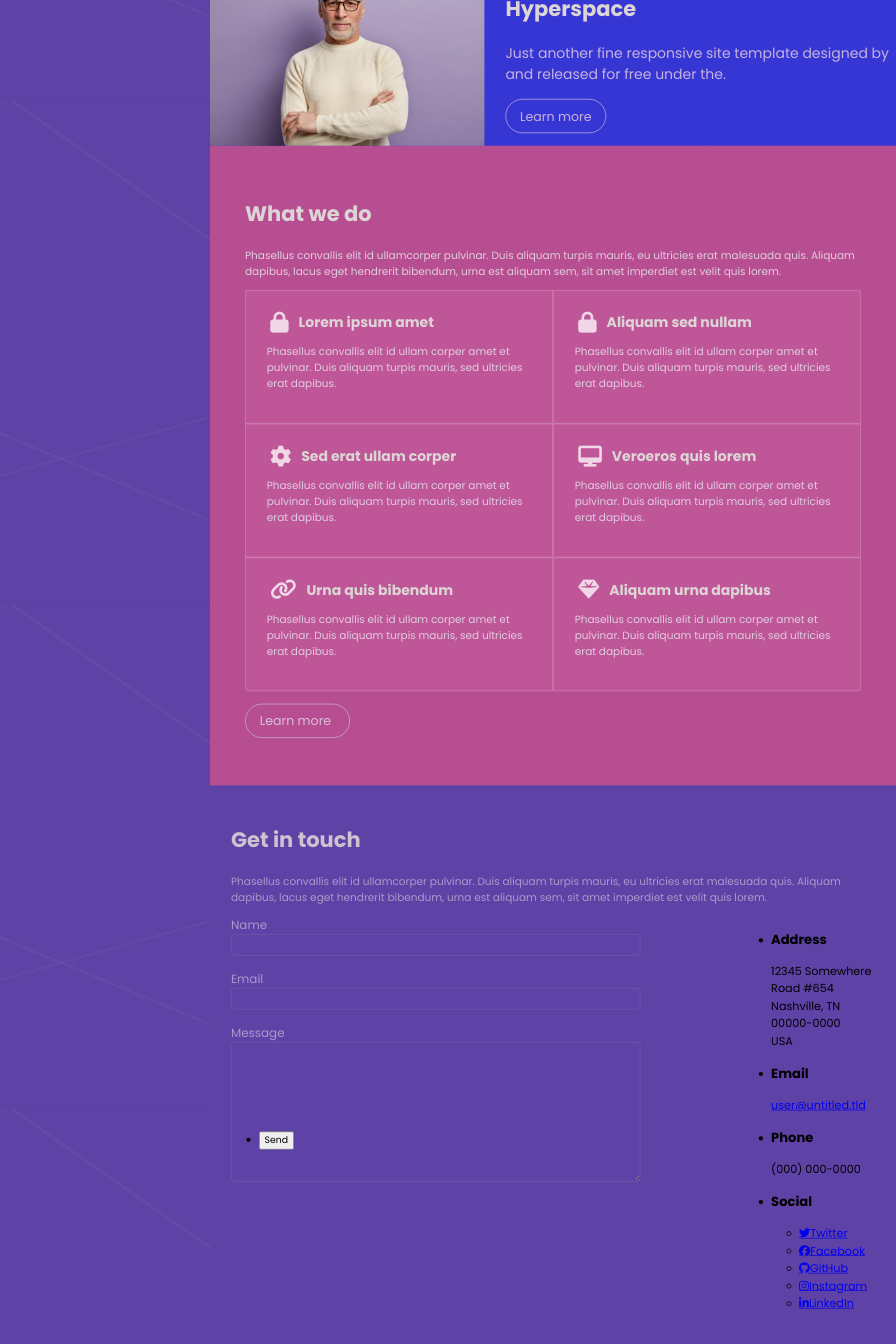
Repository: zai31/KIMIT_Tasks
Page: JsSession8/index.html
These files come from the project's save history. The page is drawn as it stood at one moment and after the next save; the edit follows.
The browser window is 1280 px wide. The pictures show the part of the page from y = 1296 to 3216 px (the page is 3216 px tall before and 3156 px after), at 70% of full size.
Backgrounds fixed to the window are drawn as part of the page.

Above is the page before, as saved 2025-09-15 22:52:34.

### JsSession8/index.html
<!DOCTYPE html>
<html lang="en">
<head>
    <meta charset="UTF-8">
    <meta name="viewport" content="width=device-width, initial-scale=1.0">
    <link rel="stylesheet" href="./css/style.css">
	<link href="https://cdnjs.cloudflare.com/ajax/libs/font-awesome/6.5.2/css/all.min.css" rel="stylesheet">

    <title>Responsive</title>
</head>

<body>
    <section  class="flex-section">
        <div class="menu">
        <ul>
            <li><a href="#">welcome</a></li>
            <li><a href="#">who are we</a></li>
            <li><a href="#">what we do</a></li>
            <li><a href="#">get in touch</a></li>
        </ul>
</div>
<div class="section">
    <div class="content">
      <div class="intro">
							<h1>Hyperspace</h1>
							<p>Just another fine responsive site template designed by <a href="https://html5up.net">HTML5 UP</a><br>
							and released for free under the <a href="https://html5up.net/license">Creative Commons</a>.</p>
							<button>Learn more</button>

						</div>
    <div class="overview">
        <div class="s" style="background-color: rgb(83, 83, 228);">
           <img src="./images/1.jpg" alt="">

							<div ><h1>Hyperspace</h1>
                                <p>Just another fine responsive site template designed by
							and released for free under the.</p>
							<button>Learn more</button></div>
        </div>
        <div class="s" style="background-color: rgb(69, 69, 226);">
            <img src="./images/2.jpg" alt="">
							<div >
                                           	<h1>Hyperspace</h1>
<p>Just another fine responsive site template designed by
							and released for free under the.</p>
							<button>Learn more</button></div>
        </div>
        <div class="s" style="background-color: rgb(54, 54, 213);">
            <img src="./images/3.jpg" alt="">
							<div >
                                           	<h1>Hyperspace</h1>
<p>Just another fine responsive site template designed by
							and released for free under the.</p>
							<button>Learn more</button></div>
        </div>
    <div class="what">
							<h2 style="font-size: 30px;">What we do</h2>
							<p>Phasellus convallis elit id ullamcorper pulvinar. Duis aliquam turpis mauris, eu ultricies erat malesuada quis. Aliquam dapibus, lacus eget hendrerit bibendum, urna est aliquam sem, sit amet imperdiet est velit quis lorem.</p>
							<div class="features">
								<section style="border-radius:5px 0px 0px 0 ;">
									<span style="color: rgba(255, 255, 255, 0.759); font-size: 30px;" class="fa-solid fa-lock"></span>
									<h3 >Lorem ipsum amet</h3>
									<p>Phasellus convallis elit id ullam corper amet et pulvinar. Duis aliquam turpis mauris, sed ultricies erat dapibus.</p>
								</section>
								<section style="border-radius:0 5px 0px 0 ;">
									<span style="color: rgba(255, 255, 255, 0.759); font-size: 30px;" class="fa-solid fa-lock"></span>
									<h3>Aliquam sed nullam</h3>
									<p>Phasellus convallis elit id ullam corper amet et pulvinar. Duis aliquam turpis mauris, sed ultricies erat dapibus.</p>
								</section>
								<section>
									<span style="color: rgba(255, 255, 255, 0.759); font-size: 30px;" class="fa-solid  fa-cog"></span>
									<h3>Sed erat ullam corper</h3>
									<p>Phasellus convallis elit id ullam corper amet et pulvinar. Duis aliquam turpis mauris, sed ultricies erat dapibus.</p>
								</section>
								<section>
									<span style="color: rgba(255, 255, 255, 0.759); font-size: 30px;" class="fa-solid fa-desktop"></span>
									<h3>Veroeros quis lorem</h3>
									<p>Phasellus convallis elit id ullam corper amet et pulvinar. Duis aliquam turpis mauris, sed ultricies erat dapibus.</p>
								</section>
								<section style="border-radius:0 0px 0px 5px  ;">
									<span class="fa-solid fa-link" style="color: rgba(255, 255, 255, 0.759); font-size: 30px;"></span>
									<h3>Urna quis bibendum</h3>
									<p>Phasellus convallis elit id ullam corper amet et pulvinar. Duis aliquam turpis mauris, sed ultricies erat dapibus.</p>
								</section>
								<section style="border-radius:0 0px 5px 0 ;">
									<span class="fa-solid fa-gem" style="color: rgba(255, 255, 255, 0.759); font-size: 30px;" ></span>
									<h3>Aliquam urna dapibus</h3>
									<p>Phasellus convallis elit id ullam corper amet et pulvinar. Duis aliquam turpis mauris, sed ultricies erat dapibus.</p>
								</section>
							</div>
							<ul class="actions">
								<li style="list-style: none;"><a href="generic.html" class="button" style="text-decoration: none; color: thistle;">Learn more</a></li>
							</ul>

    </div>
                        </div>
	<div class="form">
		<h2 style="font-size: 30px;">Get in touch</h2>
							<p>Phasellus convallis elit id ullamcorper pulvinar. Duis aliquam turpis mauris, eu ultricies erat malesuada quis. Aliquam dapibus, lacus eget hendrerit bibendum, urna est aliquam sem, sit amet imperdiet est velit quis lorem.</p>
							<div class="formS"><form action="">
								<div class="fields">

								<div class="row">

									<div class="field">
										<label for="name">Name</label>
										<input type="text" name="name" id="name" />
									</div>
									<div class="field">
										<label for="email">Email</label>
										<input type="email" name="email" id="email" />
									</div></div>
									<div class="field">
										<label for="message">Message</label>
										<textarea name="message" id="message" rows="3"></textarea>
									</div>
								</div>
								<ul class="actions">
									<li><input type="submit" value="Send" /></li>
								</ul>
							</form>
							<div class="line"></div>
							<section>
								<ul class="contact">
										<li>
											<h3>Address</h3>
											<span>12345 Somewhere Road #654<br>
											Nashville, TN 00000-0000<br>
											USA</span>
										</li>
										<li>
											<h3>Email</h3>
											<a href="#">user@untitled.tld</a>
										</li>
										<li>
											<h3>Phone</h3>
											<span>(000) 000-0000</span>
										</li>
										<li>
											<h3>Social</h3>
											<ul class="icons">
												<li><a href="#" class="fa-brands fa-twitter"><span class="label">Twitter</span></a></li>
												<li><a href="#" class="fa-brands fa-facebook"><span class="label">Facebook</span></a></li>
												<li><a href="#" class="fa-brands fa-github"><span class="label">GitHub</span></a></li>
												<li><a href="#" class="fa-brands fa-instagram"><span class="label">Instagram</span></a></li>
												<li><a href="#" class="fa-brands fa-linkedin-in"><span class="label">LinkedIn</span></a></li>
											</ul>
										</li>
									</ul>
							</section>
							</div>
	</div>
                        </div>
                    </section>
</body>
</html>

### JsSession8/CSS/style.css
@import url("https://fonts.googleapis.com/css2?family=Poppins:ital,wght@0,100;0,200;0,300;0,400;0,500;0,600;0,700;0,800;0,900;1,100;1,200;1,300;1,400;1,500;1,600;1,700;1,800;1,900&display=swap");

* {
    box-sizing: border-box;
    font-family: "Poppins", sans-serif;
}

:root {
    --sidebar-color: #312450;
    --primary-color: #5e42a6;
    --secondary-color: #b74e91;
    --section-bg-color: #c7b2dc;
    --dark-color: #000000;
    --navbar-bg-color: #273053;
    --p-color: #717275;
    --highlight-icon-color: #ff0100;
    --main-transition: 0.5s all ease-in-out;
}


html,
body {
    height: 100%;
    margin: 0;
    padding: 0;
}

.flex-section {
    display: flex;
    flex-direction: row;

}

/*side bar*/
.flex-section .menu {
    min-height: 100vh;
    /* ensures sidebar spans at least the full screen */
    height: auto;
    /* lets it grow with content */
    width: 300px;
    top: 0;
    left: 0;
    position: fixed;
    background-color: var(--sidebar-color);
    padding: 145px 30px;
    box-shadow: 0 0 10px rgba(0, 0, 0, 0.1);
}

.flex-section .menu ul {
    list-style: none;
    padding: 0;
    margin: 0;
    text-align: right;
}

.flex-section .menu ul li {
    margin-bottom: 10px;
    font-size: 20px;
    position: relative;
    /* needed for ::after positioning */
    padding-bottom: 10px;
}

.flex-section .menu ul li a {
    text-decoration: none;
    color: #8b82a1;

}

.flex-section .menu ul li::after {
    content: "";
    position: absolute;
    left: 0;
    bottom: 0;
    width: 100%;
    /* stick to the bottom */
    height: 2px;
    background-color: #8b82a1;
    /* thickness of underline */
    transition: width 0.3s ease;
}

/*use js*/
.flex-section .menu ul li a:hover::after {
    width: 100%;
    /* expand underline on hover */
}


.flex-section .menu ul li a:hover {
    color: #b5b8bf;
}

.flex-section .menu ul li a:active {
    color: #5e42a6;
}

.flex-section .menu ul li a:active::after {
    background: linear-gradient(to right, #4b0082, #8b00ff, #981196);
}






/*content first section */
.flex-section .section {
    flex: 1;
    background-color: var(--section-bg-color);
    background-attachment: fixed;
    background-image: url("../assets/css/images/Screenshot\ 2025-09-15\ 075920.png");
    background-position: top right;
    background-repeat: no-repeat;
    background-size: 100% 100%;
    padding-left: 300px;
}

.flex-section .section .content {
    display: flex;
    flex-direction: column;
    width: 100%;
}

.flex-section .section .content .intro {
    padding: 100px;
    width: 100%;
    height: 100vh;
}

.flex-section .section .content .intro h1 {
    color: rgb(221, 213, 213);
    font-size: 50px;
}

.flex-section .section .content .intro p,
.flex-section .section .content .intro a {
    color: var(--section-bg-color);
    font-size: 20px;
}

.flex-section .section .content .intro a:hover {
    color: #fefefe;
    text-decoration: none;
}

.flex-section .section .content .intro button {
    color: var(--section-bg-color);
    background-color: transparent;
    border: 1px solid var(--section-bg-color);
    padding: 10px 20px;
    border-radius: 25px;
    cursor: pointer;
    text-decoration: none;
    font-size: 18px;
}

.flex-section .section .content .intro button:hover {
    background-color: #6f54b6;
}




/*content second section */

.flex-section .section .content .overview .s {
    display: flex;
    flex-direction: row;
    align-items: center;
    gap: 30px;
}

.flex-section .section .content .overview .s h1 {
    color: rgb(221, 213, 213);
    font-size: 30px;
}

.flex-section .section .content .overview .s p {
    color: var(--section-bg-color);
    font-size: 20px;
}

.flex-section .section .content .overview .s button {
    color: var(--section-bg-color);
    background-color: transparent;
    border: 1px solid var(--section-bg-color);
    padding: 10px 20px;
    border-radius: 25px;
    cursor: pointer;
    text-decoration: none;
    font-size: 18px;
}

.flex-section .section .content .overview .s button:hover {
    background-color: rgb(77, 77, 246);
}

.flex-section .section .content .overview .s img {
    width: 40%;
}

/*what section*/

.flex-section .section .content .what {
    padding: 50px;
    width: 100%;
    background-color: var(--secondary-color);
}

.flex-section .section .content .what h3,
.flex-section .section .content .what h2 {
    color: rgb(221, 213, 213);
    font-size: 20px;
}
.flex-section .section .content .what p {
    color: #e0cee1;
    font-size: 15px;
}

.flex-section .section .content .what .features{
    display: flex;
    flex-direction: row;
    flex-wrap: wrap;
    background-color: #be5698;


}
.flex-section .section .content .what .features section {
 flex: 1 1 50%;     /* grow/shrink, ~half width with gap */
 border: 0.5px solid rgba(255, 255, 255, 0.248);
 box-sizing: border-box;
 padding: 30px;

}
.flex-section .section .content .what .actions {
   color: var(--section-bg-color);
    background-color: transparent;
    border: 1px solid var(--section-bg-color);
    padding: 10px 20px;
    border-radius: 25px;
    cursor: pointer;
    text-decoration: none;
    font-size: 18px;
    width: 150px;
}

 .what .actions:hover {
    background-color: rgb(212, 107, 177);
}
.features section span,
.features section h3 {
  display: inline-block;
  vertical-align: middle;
  margin: 0 5px;
}

/*form*/

.form {
    padding: 30px;
    width: 100%;
    background-color: var(--primary-color);

}
.form .formS
{
   display: flex;
   flex-direction: row;
}
.form h2 {
    color: rgba(221, 213, 213, 0.873);
    font-size: 30px;
}
.form p {
    color: #e0cee19d;
    font-size: 15px;
}
 .fields {
    display: flex;
    flex-direction: row;
    flex-wrap: wrap;
    width: 80%;
    border-radius: 10px;
    height: 50%;
    gap: 20px;
}

.field {
  display: flex;
  flex-direction: column;
  flex: 1; /* make name and email share equal width */
}
.field input, .field textarea{
    background-color: transparent;
    border: 1px solid #e0cee127;
    border-radius: 5px;
    cursor: pointer;
    text-decoration: none;
    font-size: 18px;
    color: #e0cee19d;
}
.field label {
    color: #e0cee19d;
    font-size: 17px;
}
.contact-info {
  flex: 1; /* right side column */
  color: #e0cee19d;
}

.form .fields .row {
    display: flex;
    flex-direction: row;
    flex-wrap: wrap;
    width: 100%;
    gap: 20px;}

    .field textarea
    {
        height: 200px;
    }

After the next save:
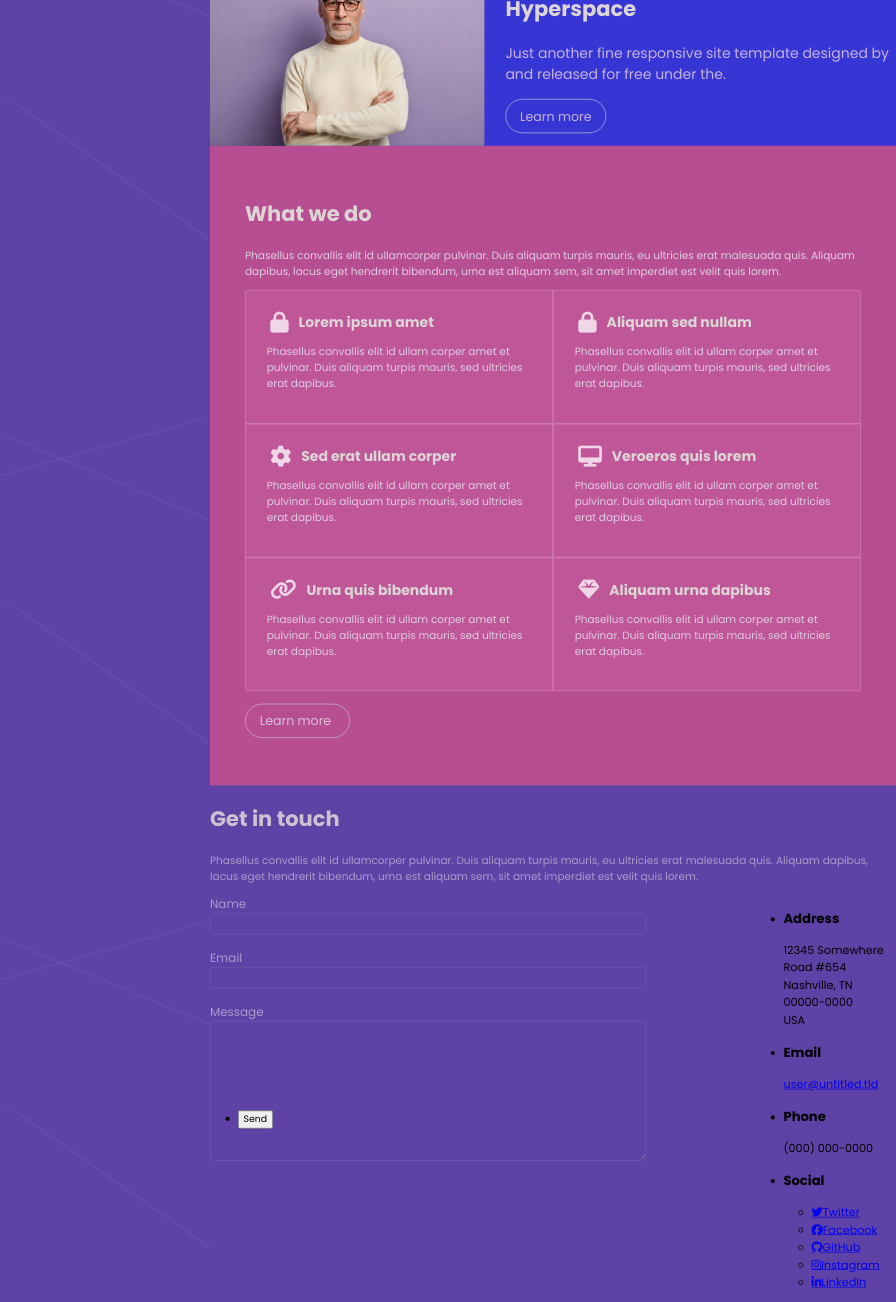
Saved 6 s later.
--- a/JsSession8/CSS/style.css
+++ b/JsSession8/CSS/style.css
@@ -258,7 +258,7 @@ body {
 /*form*/
 
 .form {
-    padding: 30px;
+    padding: 0px;
     width: 100%;
     background-color: var(--primary-color);
 
